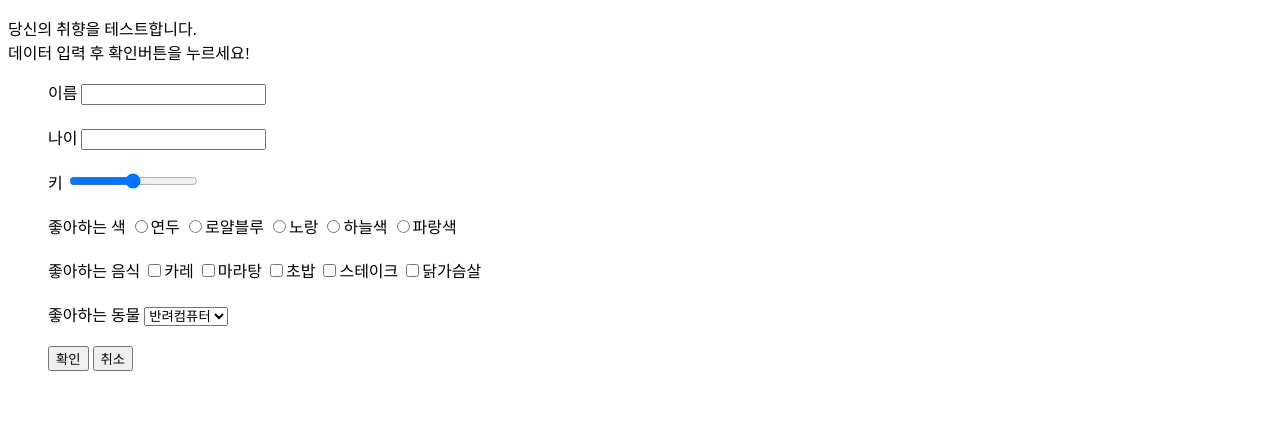
Repository: pcc767/khSchool
Page: dev-source_Servlet/02_Data/src/main/webapp/views/testPerson2.html
The author's editor kept a copy of each file at every save. The page is drawn from the files as they stood at one save, then again after the next save.
The browser window is 1280 px wide. The pictures show the whole page.

Above is the page before, as saved 2022-07-12 08:38:41.

After the next save:
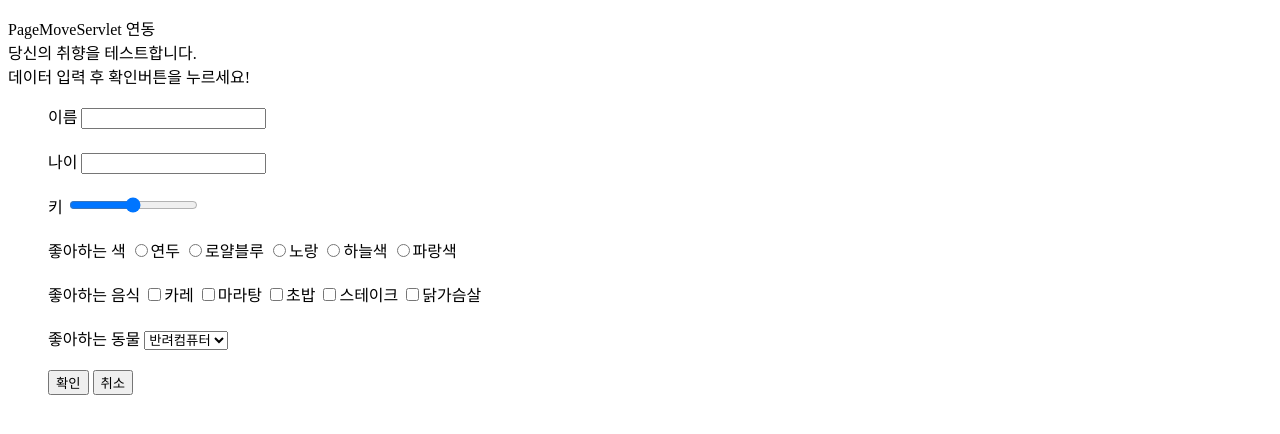
Saved 53 s later.
--- a/dev-source_Servlet/02_Data/src/main/webapp/views/testPerson2.html
+++ b/dev-source_Servlet/02_Data/src/main/webapp/views/testPerson2.html
@@ -14,10 +14,11 @@
 </head>
 <body>
 	<p>
+		PageMoveServlet 연동<br>
 		당신의 취향을 테스트합니다.<br>
 		데이터 입력 후 확인버튼을 누르세요!
 	</p>
-	<form action="../testperson.do" method="post">
+	<form action="../pagemove.do" method="post">
 		<ul>
 			<li>이름 <input type="text" name="name"/></li>
 			<li>나이 <input type="number" name="age"/></li>
